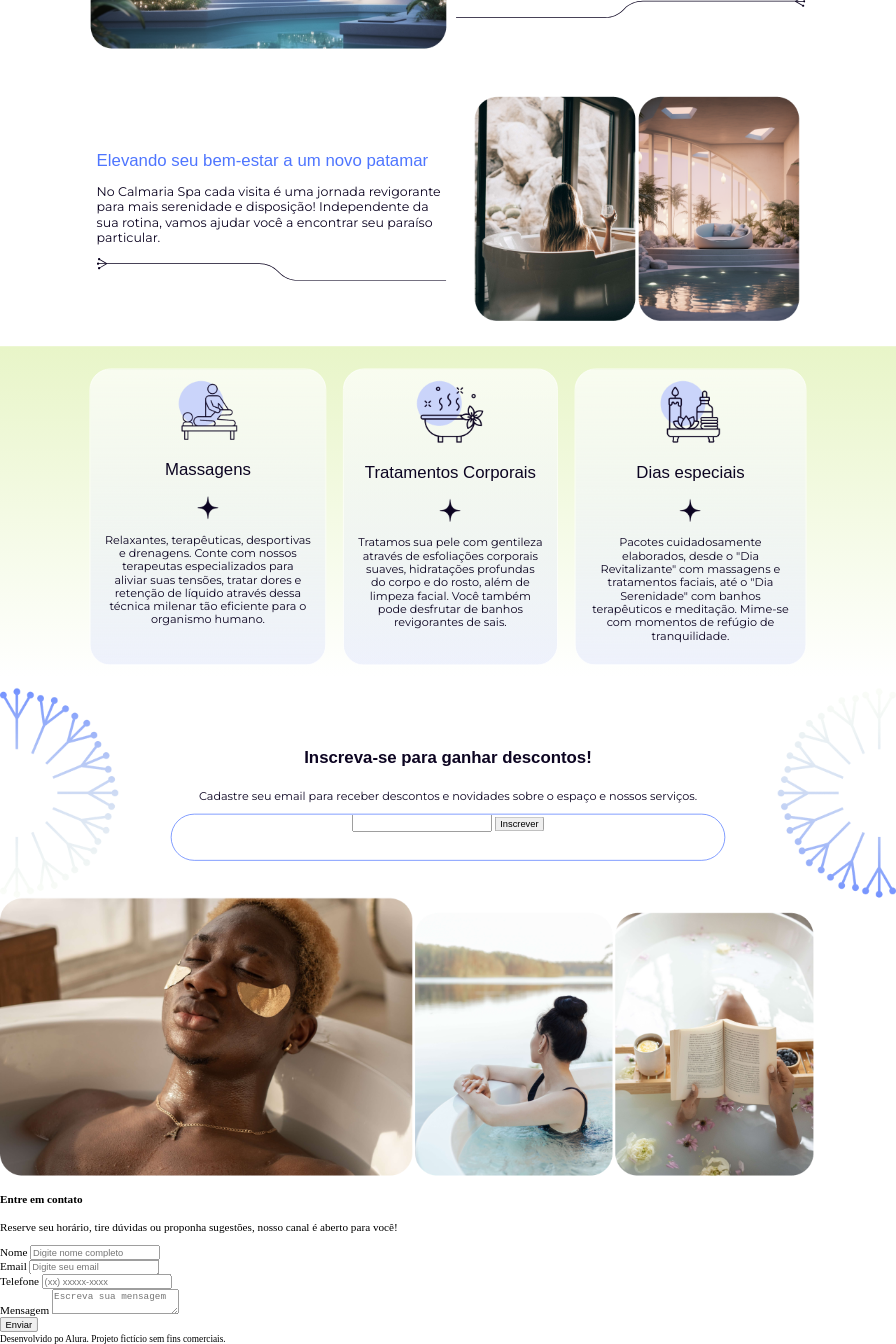
Repository: joaoPraiaJunior/curso-sass
Page: index.html
The author's editor kept a copy of each file at every save. The page is drawn from the files as they stood at one save, then again after the next save.
The browser window is 1280 px wide. The pictures show the part of the page from y = 1102 to 3022 px (the page is 3022 px tall), at 70% of full size.
Some web fonts or font styles are not loaded; a fallback is used. The style sheet was rebuilt from its Sass, Less or Tailwind sources for each picture, by a compiler version that may differ from the author's.

Above is the page before, as saved 2024-07-06 18:47:13.

After the next save:
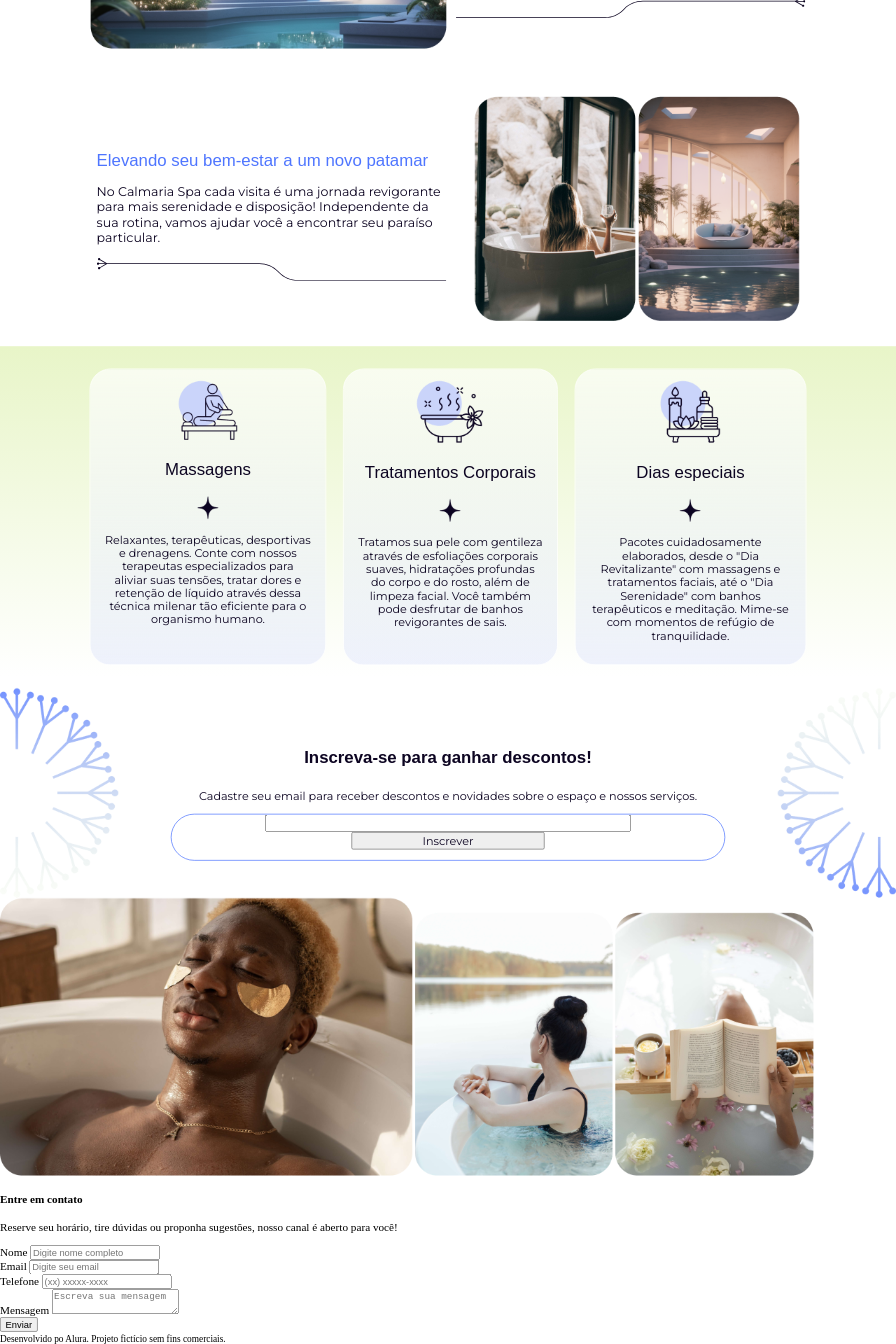
Saved 2 min 5 s later.
--- a/styles/components/_desconto.scss
+++ b/styles/components/_desconto.scss
@@ -31,7 +31,12 @@
     border-radius: 65px;
 
     input {
-      @include mixins.estilos-fontes(variaveis.$ft-textos, 1.6rem, variaveis.$cor-primaria);
+        width: calc($largura-input  * 0.65);
+        @include mixins.estilos-fontes(variaveis.$ft-textos, 1.6rem, variaveis.$cor-primaria);
+    }
+    button {
+        width: calc($largura-input  * 0.35);
+        @include mixins.estilos-fontes(variaveis.$ft-textos, 1.6rem, variaveis.$cor-primaria);
     }
   }
 }
